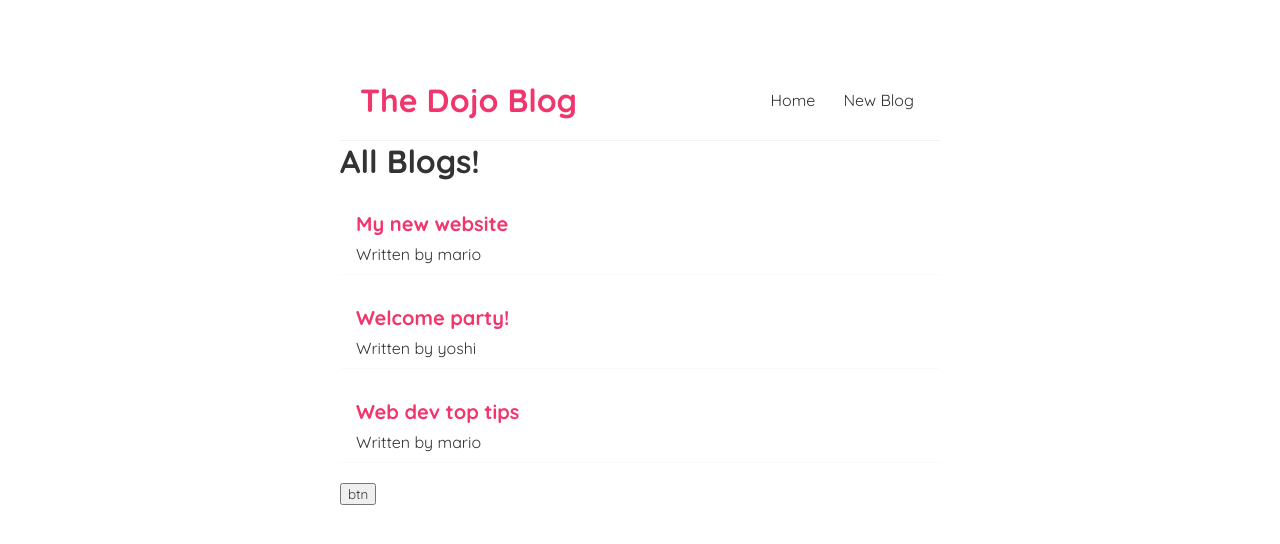
Repository: DESTINYAS/Reactjs
Page: /
These files come from the project's save history. The page is drawn as it stood at one moment and after the next save; the edit follows.
The browser window is 1280 px wide. The pictures show the whole page.
The project was rebuilt for these pictures with package versions that can differ from the ones it lists, and the page was loaded fresh each time.

Above is the page before, as saved 2022-11-29 11:10:55.

### src/index.css
@import url("https://fonts.googleapis.com/css2?family=Quicksand:wght@300;400;500;600;700&display=swap");
/* base styles */
* {
  margin: 0;
  font-family: "Quicksand";
  color: #333;
}
.navbar {
  padding: 20px;
  display: flex;
  align-items: center;
  max-width: 600px;
  margin: 0 auto;
  border-bottom: 1px solid #f2f2f2;
}
.navbar h1 {
  color: #f1356d;
}
.navbar .links {
  margin-left: auto;
}
.navbar a {
  margin-left: 16px;
  text-decoration: none;
  padding: 6px;
}
.navbar a:hover {
  color: #f1356d;
}
.content {
  max-width: 600px;
  margin: 40px auto;
  padding: 20px;
}

/* blog previews / list */
.blog-preview {
  padding: 10px 16px;
  margin: 20px 0;
  border-bottom: 1px solid #fafafa;
}
.blog-preview:hover {
  box-shadow: 1px 3px 5px rgba(0, 0, 0, 0.1);
}
.blog-preview h1 {
  font-size: 20px;
  color: #f1356d;
  margin-bottom: 8px;
}

### src/App.js
import Navbar from "./Navbar";
import Home from "./Home";

function App() {
  return (
    <div className="App">
      <div className="content">
        <Navbar />
        <Home />
      </div>
    </div>
  );
}

export default App;

### src/Navbar.js
const Navbar = () => {
  return (
    <div className="navbar">
      <h1>The Dojo Blog</h1>
      <div className="links">
        <a href="/">Home</a>
        <a href="/create">New Blog</a>
      </div>
    </div>
  );
};

export default Navbar;

### src/Home.js
import { useState } from "react";
import BlogList from "./BlogList";

const Home = () => {
  const [blogs, setBlogs] = useState([
    { title: "My new website", body: "lorem ipsum...", author: "mario", id: 1 },
    { title: "Welcome party!", body: "lorem ipsum...", author: "yoshi", id: 2 },
    {
      title: "Web dev top tips",
      body: "lorem ipsum...",
      author: "mario",
      id: 3,
    },
  ]);
  return (
    <div className="home">
      <BlogList blogs={blogs} title="All Blogs!" />
      <button>btn</button>
    </div>
  );
};

export default Home;

### src/BlogList.js
const BlogList = ({ blogs, title }) => {
  // const blogs = props.blogs;
  // const title = props.title;
  return (
    <div className="blog-list">
      <h1>{title}</h1>
      {blogs.map((blog) => (
        <div className="blog-preview" key={blog.id}>
          <h1>{blog.title}</h1>
          <p>Written by {blog.author}</p>
        </div>
      ))}
    </div>
  );
};

export default BlogList;

Loaded but not shown: public/index.html (common file); src/index.js (common file)

After the next save:
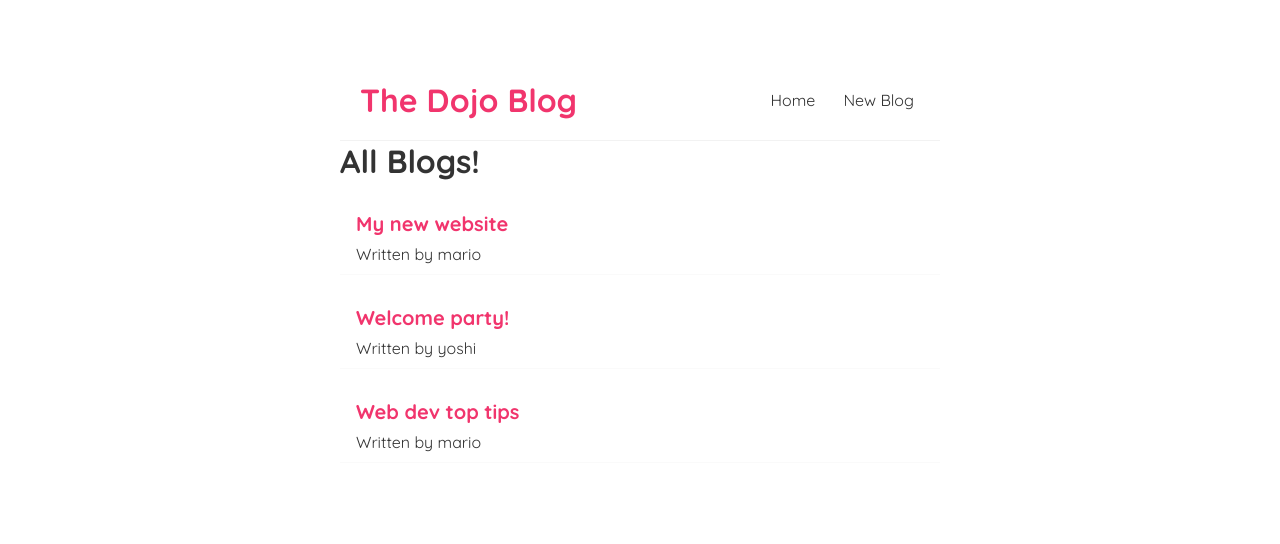
Saved 2 min 23 s later.
--- a/src/Home.js
+++ b/src/Home.js
@@ -15,7 +15,6 @@ const Home = () => {
   return (
     <div className="home">
       <BlogList blogs={blogs} title="All Blogs!" />
-      <button>btn</button>
     </div>
   );
 };
